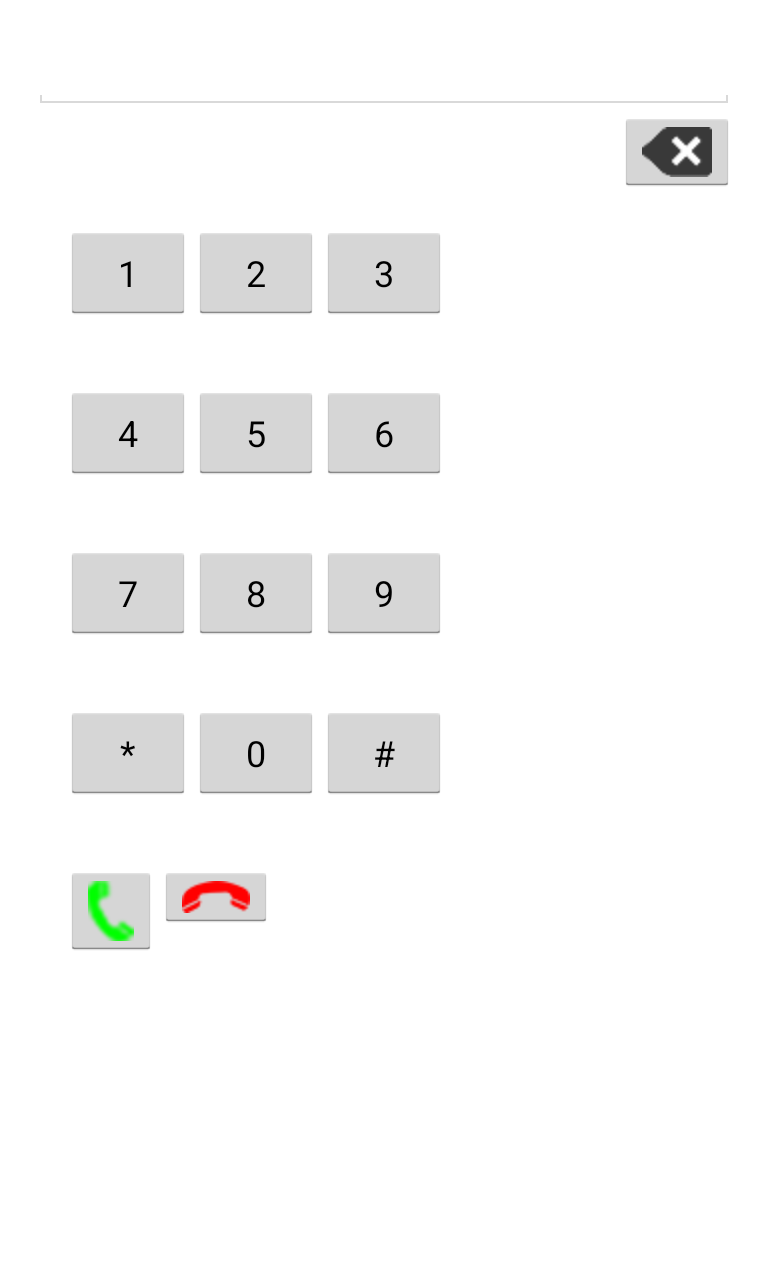
Repository: andreeastoican/Laborator03
Layout: PhoneDialer/res/layout/activity_phone_dialer.xml
An editor plug-in stored every save of this project. The layout is shown before and after the next save, followed by the edit.
It is drawn on a 768 x 1280 px phone screen (xhdpi) without system bars, with theme AppTheme; the app's code is not run.

Above is the layout before, as saved 2015-03-10 09:43:49.

After the next save:
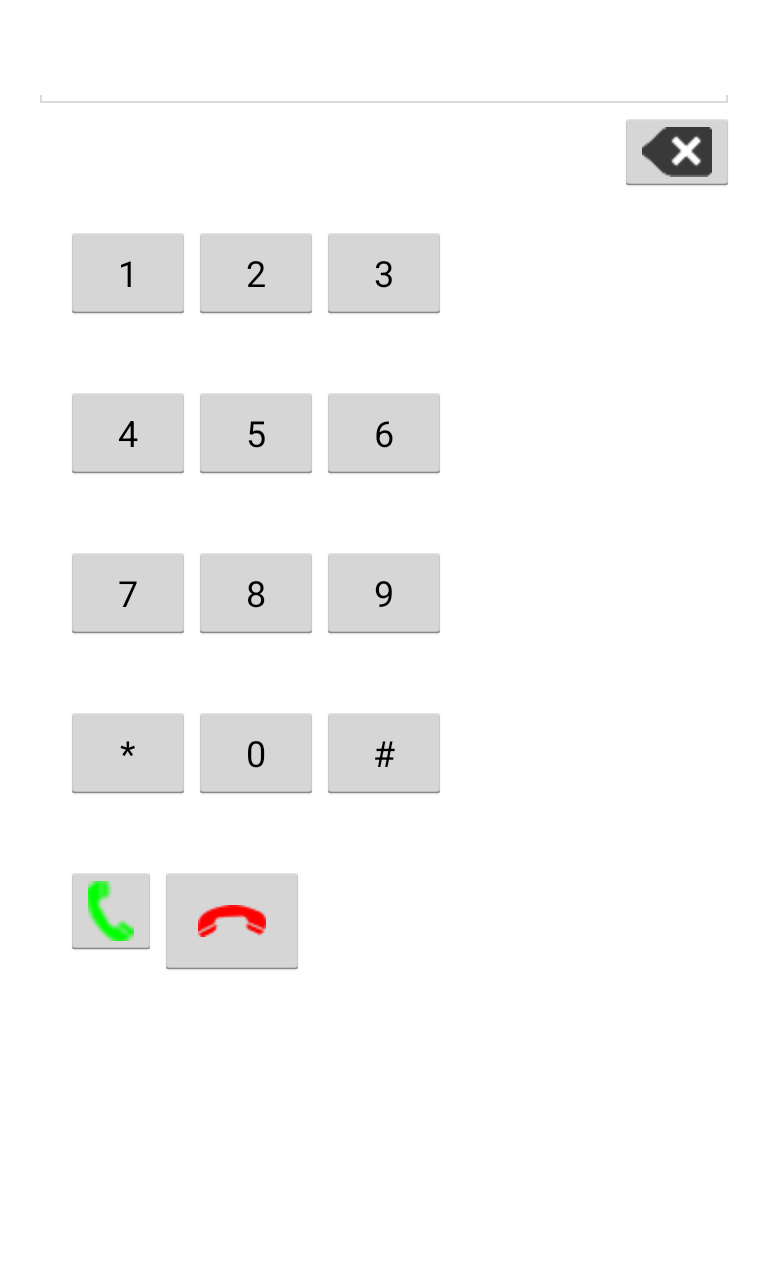
Saved 20 s later.
--- a/PhoneDialer/res/layout/activity_phone_dialer.xml
+++ b/PhoneDialer/res/layout/activity_phone_dialer.xml
@@ -177,6 +177,7 @@
 	        android:layout_height="wrap_content"
 	        android:text="#"
 	        android:layout_toRightOf="@id/img_on"
+	        android:padding="20dp"
 	        android:src="@drawable/hangup"
 		    />
 	</RelativeLayout>"
